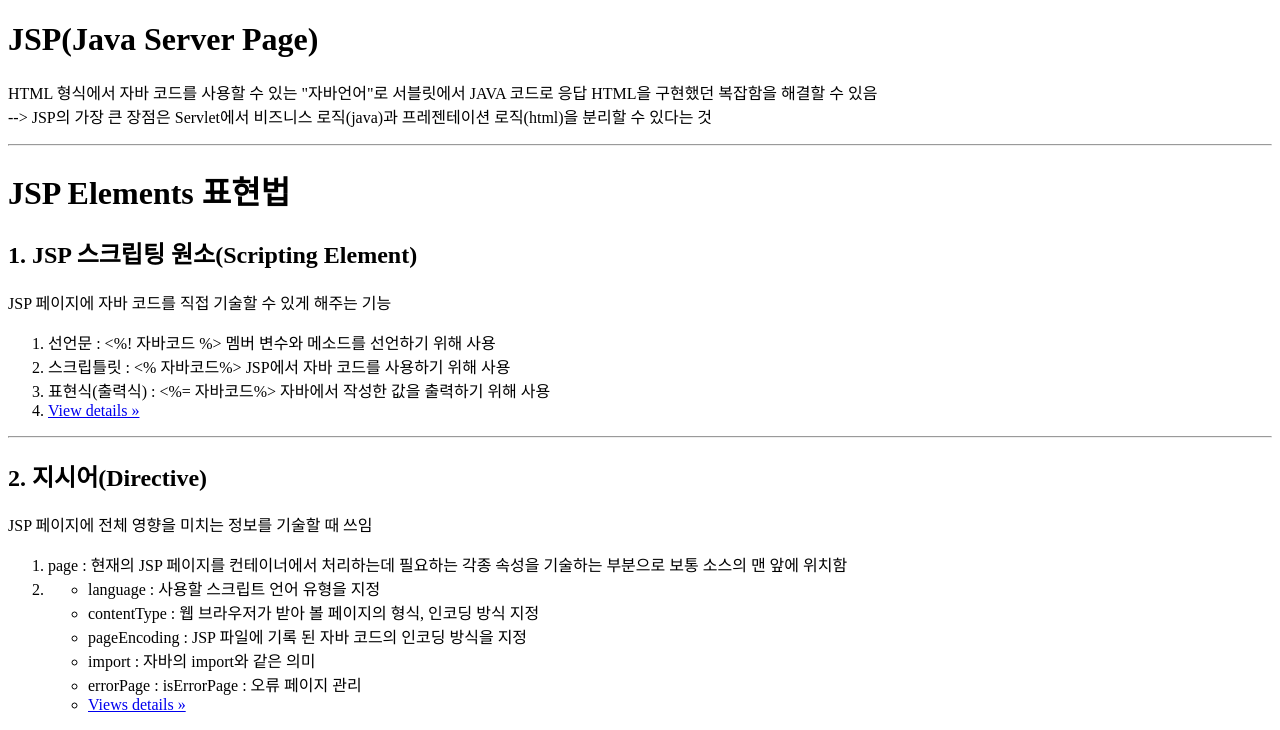
Repository: chuhj1226/servlet
Page: workspace/2_JSP/WebContent/index.html
The author's editor kept a copy of each file at every save. The page is drawn from the files as they stood at one save, then again after the next save.
The browser window is 1280 px wide. The pictures show the whole page.

Above is the page before, as saved 2021-10-05 09:11:49.

After the next save:
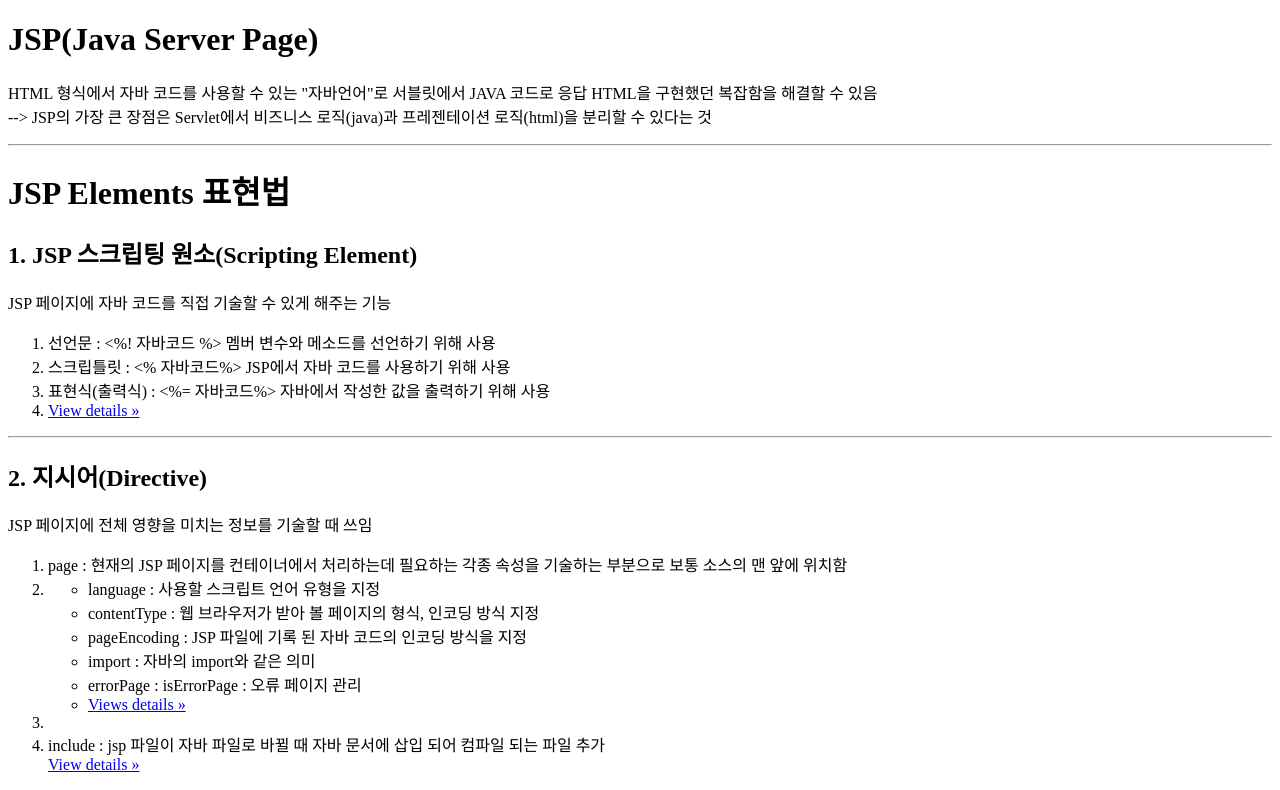
Saved 3 min 31 s later.
--- a/workspace/2_JSP/WebContent/index.html
+++ b/workspace/2_JSP/WebContent/index.html
@@ -48,6 +48,10 @@
 					<li>errorPage : isErrorPage : 오류 페이지 관리</li>
 					<li><a href="views/02_directivePage.jsp">Views details &raquo;</a></li>
 				</ul>
+				<li>
+				<li>
+					include : jsp 파일이 자바 파일로 바뀔 때 자바 문서에 삽입 되어 컴파일 되는 파일 추가<br>
+					<a href="views/03_directiveInclude.jsp">View details &raquo;</a>
 		</ol>
 	</body>
 	</html>
